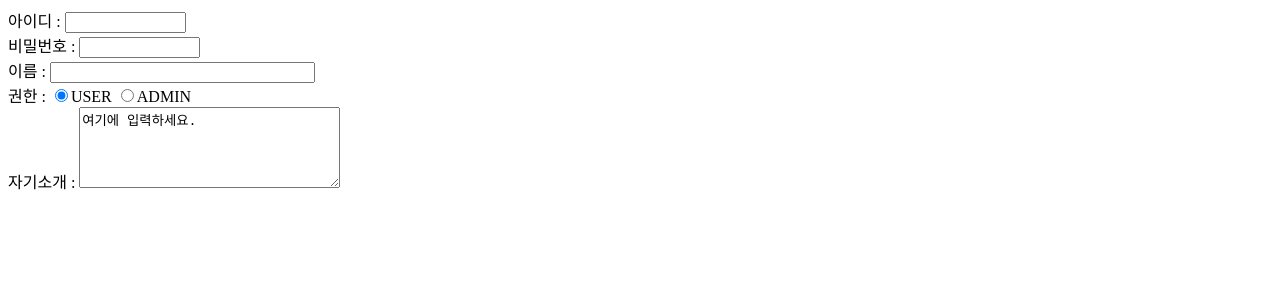
Repository: TPoleon/Servlet-JSP
Page: BoardWeb/src/main/webapp/insertUser.html
These files come from the project's save history. The page is drawn as it stood at one moment and after a run of saves; the edit follows.
The browser window is 1280 px wide. The pictures show the whole page.

Above is the page before, as saved 2023-11-16 08:55:16.

### BoardWeb/src/main/webapp/insertUser.html
<!DOCTYPE html PUBLIC "-//W3C//DTD HTML 4.01 Transitional//EN" "http://www.w3.org/TR/html4/loose.dtd">
<html>
<head>
<meta http-equiv="Content-Type" content="text/html; charset=UTF-8">
<title>Insert title here</title>
</head>
<body>

	아이디 :
	<input type="text" size="12" />
	<br> 비밀번호 :
	<input type="password" size="12" />
	<br> 이름 :
	<input type="text" size="30" />
	<br> 권한 :
	<input type="radio" name="role" checked />USER
	<input type="radio" name="role" />ADMIN
	<br> 자기소개 :
	<textarea rows="5" cols="30">여기에 입력하세요.</textarea>
	<br>
</body>
</html>

After the next 2 saves:
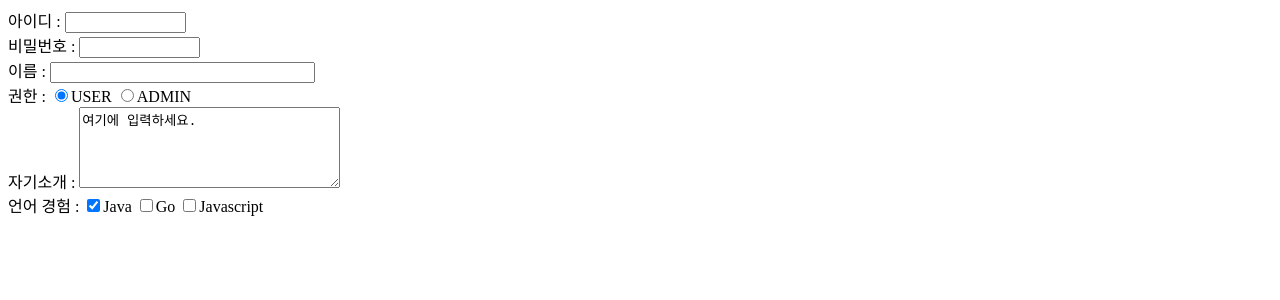
The 2 saves are shown as one change because they came seconds apart.
The last was saved 94 s later.
--- a/BoardWeb/src/main/webapp/insertUser.html
+++ b/BoardWeb/src/main/webapp/insertUser.html
@@ -17,6 +17,10 @@
 	<input type="radio" name="role" />ADMIN
 	<br> 자기소개 :
 	<textarea rows="5" cols="30">여기에 입력하세요.</textarea>
+	<br> 언어 경험 :
+	<input type="checkbox" checked>Java
+	<input type="checkbox">Go
+	<input type="checkbox">Javascript
 	<br>
 </body>
 </html>
